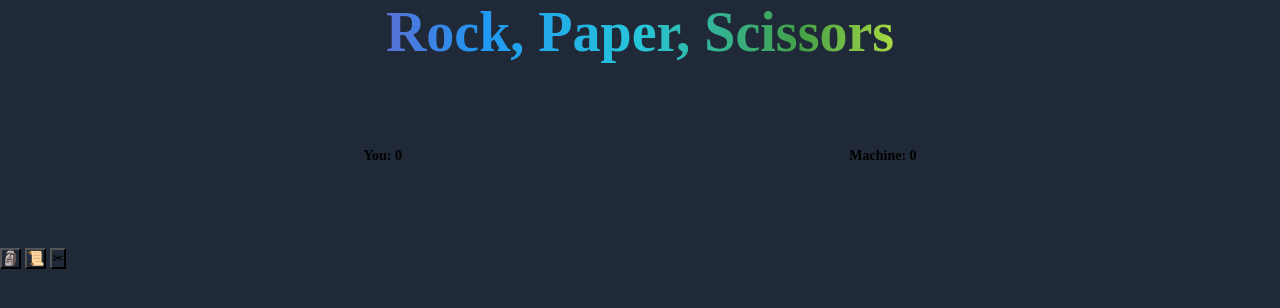
Repository: dung8466/RPS
Page: index.html
The author's editor kept a copy of each file at every save. The page is drawn from the files as they stood at one save, then again after the next save.
The browser window is 1280 px wide. The pictures show the whole page.

Above is the page before, as saved 2022-07-01 21:09:30.

### index.html
<!DOCTYPE html>
<html lang="en">
<head>
    <meta charset="UTF-8">
    <meta http-equiv="X-UA-Compatible" content="IE=edge">
    <meta name="viewport" content="width=device-width, initial-scale=1.0">
    <title>Fun Game</title>
    <link rel="stylesheet" href="style.css">
    <script src="script.js" defer></script>
</head>
<body>
    <h1 class="header">
        Rock, Paper, Scissors
    </h1>
    <div class="result flex-box">
        <div class="player-result">
            You: <span class="result-text" data-player-result>0</span>
        </div>
        <div class="machine-result">
            Machine: <span class="result-text" data-machine-result>0</span>
        </div>
    </div>
    <div class="selections">
        <button class="selection" data-selection="rock">🗿</button>
        <button class="selection" data-selection="paper">📜</button>
        <button class="selection" data-selection="scissor">✂</button>
    </div>
</body>
</html>

### style.css
*{
    font-family: 'Times New Roman', Times, serif;
    font-size: 14px;
    margin: 0;
    padding: 0;
    background-color: #1f2937;
}

.flex-box{
    display: flex;
    align-items: center;
    justify-content: space-evenly;
    align-content: space-between;
    gap: 3em;
}
.header{
    font-size: 4em;
    font-weight: bold;
    background: linear-gradient(to right, #ef5350, #f48fb1, #7e57c2, #2196f3, #26c6da, #43a047, #eeff41, #f9a825, #ff5722);
    -webkit-background-clip: text;
    -webkit-text-fill-color: transparent;
    text-align: center;
}

.result{
    margin-top: 3em;
    margin-bottom: 3em;
    font-size: 2em;
    font-weight: bold;
}

### script.js
const selection = [
    {
        name: 'rock',
        emoji: '🗿',
        beats: 'scissors',
    },
    {
        name: 'paper',
        emoji: '📜',
        beats: 'rock',
    },
    {
        name: 'scissors',
        emoji: '✂',
        beats: 'paper',
    }
]
const selectionButtons = document.querySelectorAll('[data-selection]')
const finalColumn = document.querySelector('[data-final-column]')
const computerScoreSpan = document.querySelector('[data-machine-score]')
const yourScoreSpan = document.querySelector('[data-player-score]')

selectionButtons.forEach(selectionButton => {
    selectionButton.addEventListener('click', e => {
      const selectionName = selectionButton.dataset.selection
      const selection = SELECTIONS.find(selection => selection.name === selectionName)
      makeSelection(selection)
    })
  })

  function makeSelection(selection) {
    const computerSelection = randomSelection()
    const yourWinner = isWinner(selection, computerSelection)
    const computerWinner = isWinner(computerSelection, selection)

    addSelectionResult(computerSelection, computerWinner)
    addSelectionResult(selection, yourWinner)

    if (yourWinner) incrementScore(yourScoreSpan)
    if (computerWinner) incrementScore(computerScoreSpan)
  }

  function incrementScore(scoreSpan) {
    scoreSpan.innerText = parseInt(scoreSpan.innerText) + 1
  }

  function addSelectionResult(selection, winner) {
    const div = document.createElement('div')
    div.innerText = selection.emoji
    div.classList.add('result-selection')
    if (winner) div.classList.add('winner')
    finalColumn.after(div)
  }

  function isWinner(selection, opponentSelection) {
    return selection.beats === opponentSelection.name
  }

  function randomSelection() {
    const randomIndex = Math.floor(Math.random() * SELECTIONS.length)
    return SELECTIONS[randomIndex]
  }

After the next save:
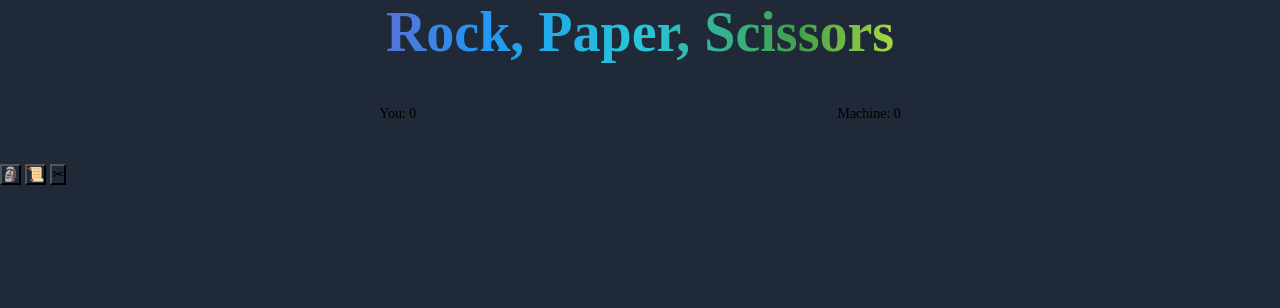
Saved 9 s later.
--- a/style.css
+++ b/style.css
@@ -25,6 +25,4 @@
 .result{
     margin-top: 3em;
     margin-bottom: 3em;
-    font-size: 2em;
-    font-weight: bold;
 }

After the save that followed:
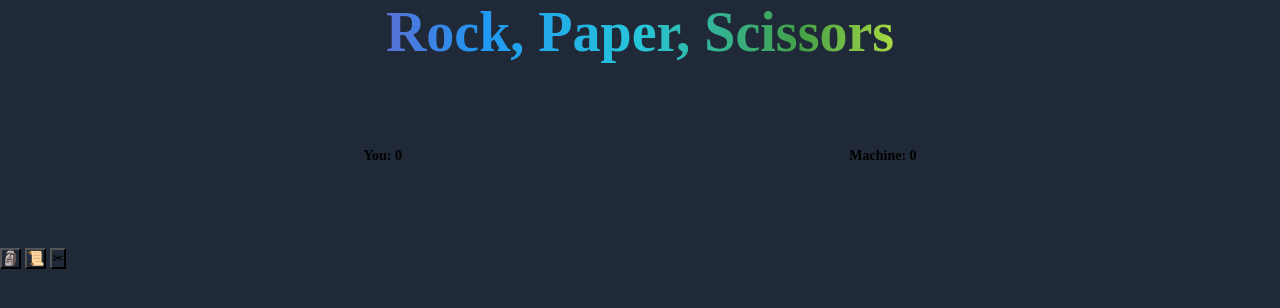
Saved 6 s later.
--- a/style.css
+++ b/style.css
@@ -25,4 +25,6 @@
 .result{
     margin-top: 3em;
     margin-bottom: 3em;
+    font-size: 2em;
+    font-weight: bold;
 }
